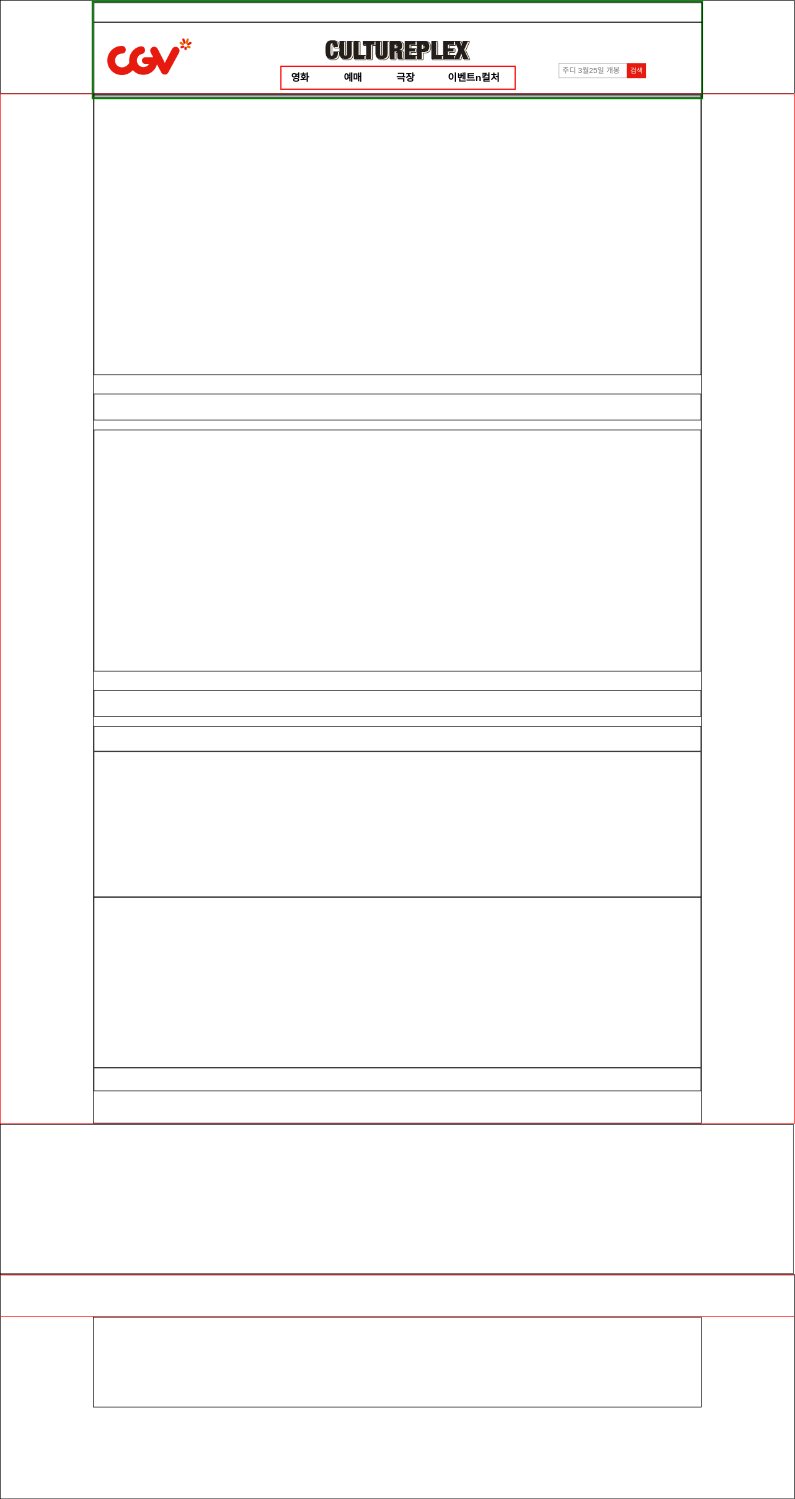
Repository: Gotaemin/java
Page: html/CgvProject/WebContent/main.html
An editor plug-in stored every save of this project. The page is shown before and after the next save, followed by the edit.
The browser window is 1280 px wide. The page is 1282 px wide, so the pictures cover 1282 px, including what lies to the right of the window. The pictures show the whole page, at 62% of full size.

Above is the page before, as saved 2020-03-24 13:12:15.

After the next save:
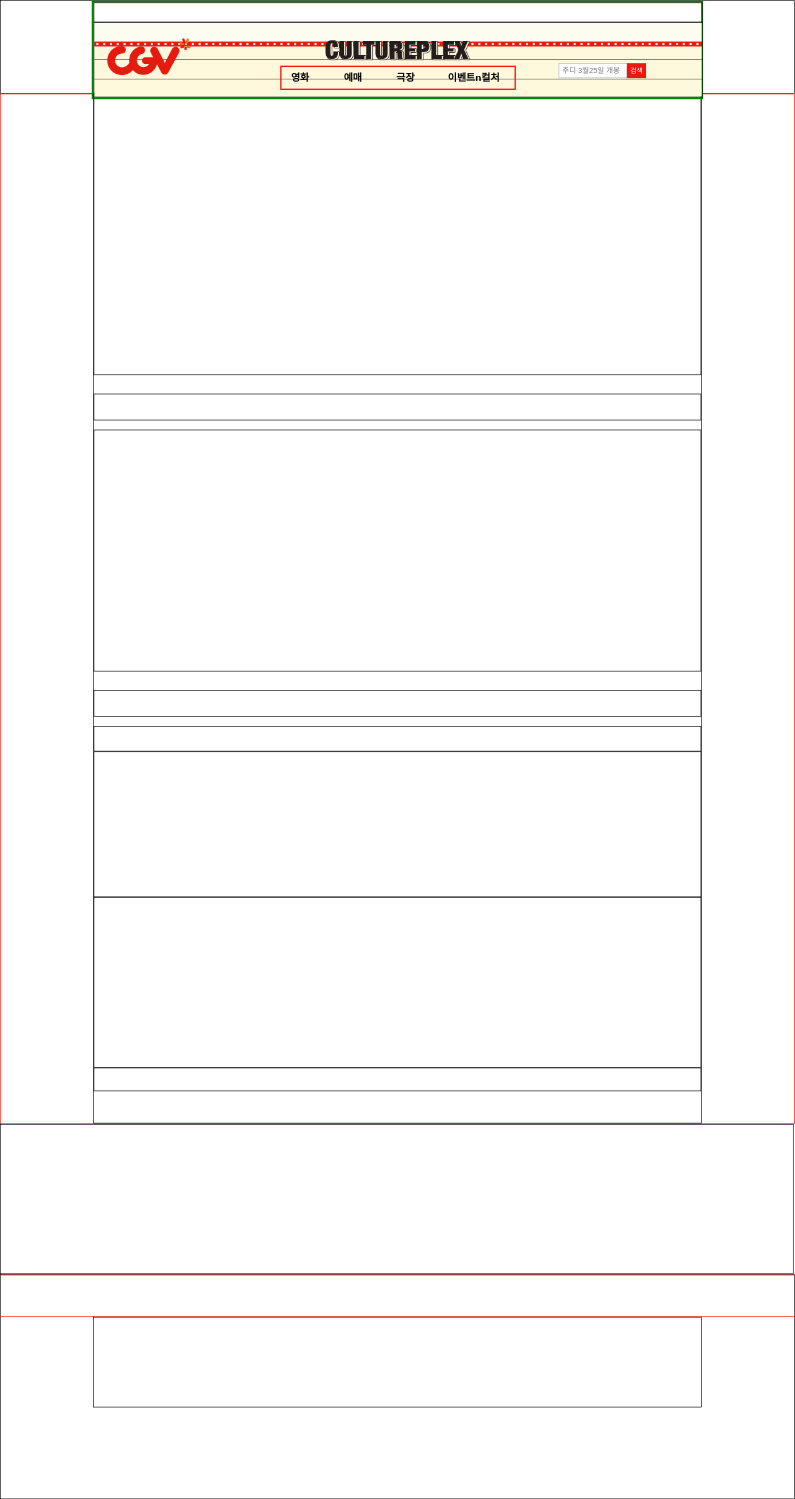
Saved 31 s later.
--- a/html/CgvProject/WebContent/css/layout.css
+++ b/html/CgvProject/WebContent/css/layout.css
@@ -39,7 +39,7 @@
 	z-index: 100;
 	height: 50px;
 	padding-top: 69px;
-	background-image: url("");
+	background-image: url("../images/header/bg_header.gif");
 }
 
 .header h1 {

After the 2 saves that followed:
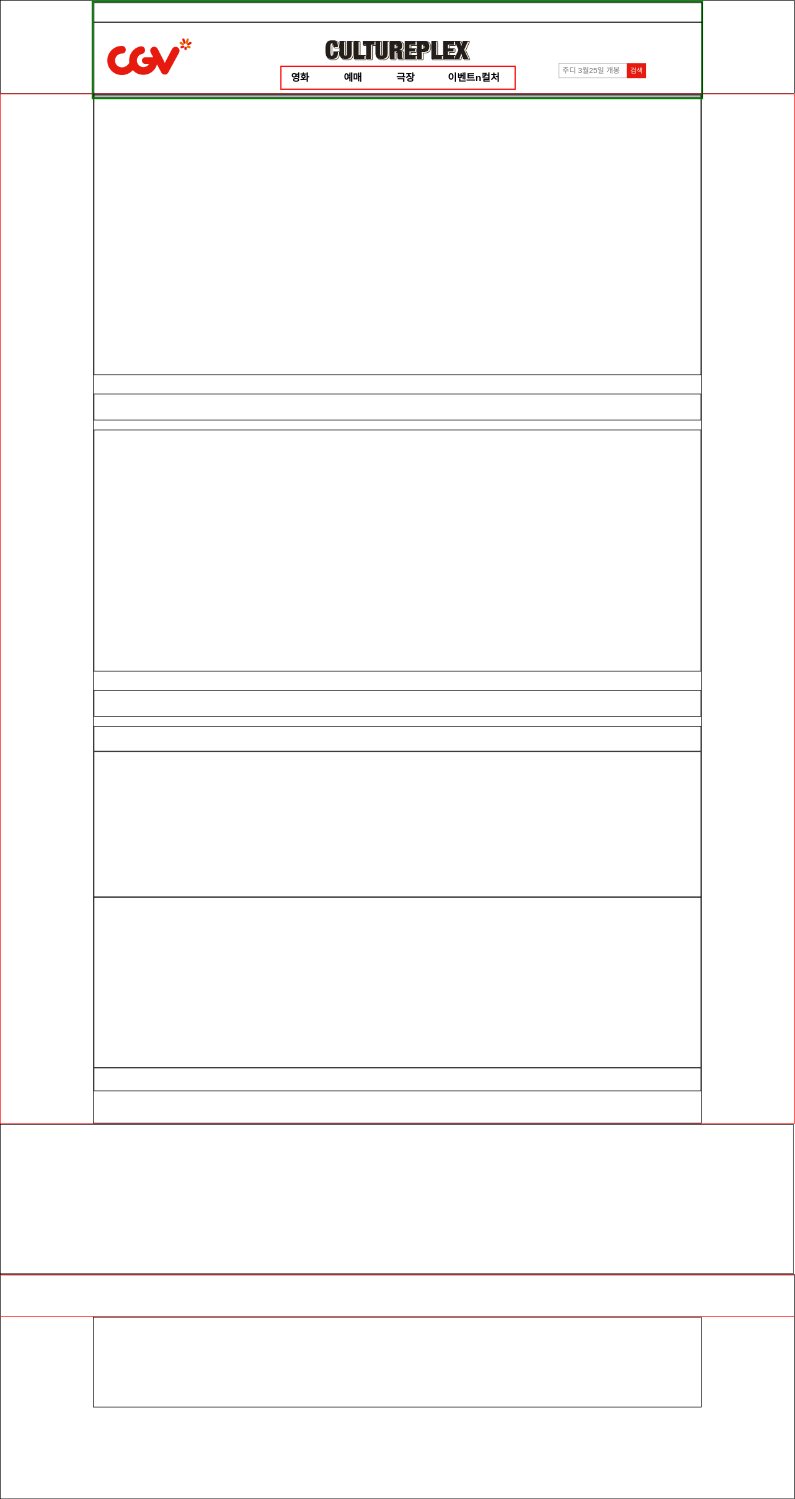
The 2 saves are shown as one change because 1 left the picture as it was.
The last was saved 102 s later.
--- a/html/CgvProject/WebContent/css/layout.css
+++ b/html/CgvProject/WebContent/css/layout.css
@@ -39,7 +39,7 @@
 	z-index: 100;
 	height: 50px;
 	padding-top: 69px;
-	background-image: url("../images/header/bg_header.gif");
+
 }
 
 .header h1 {
